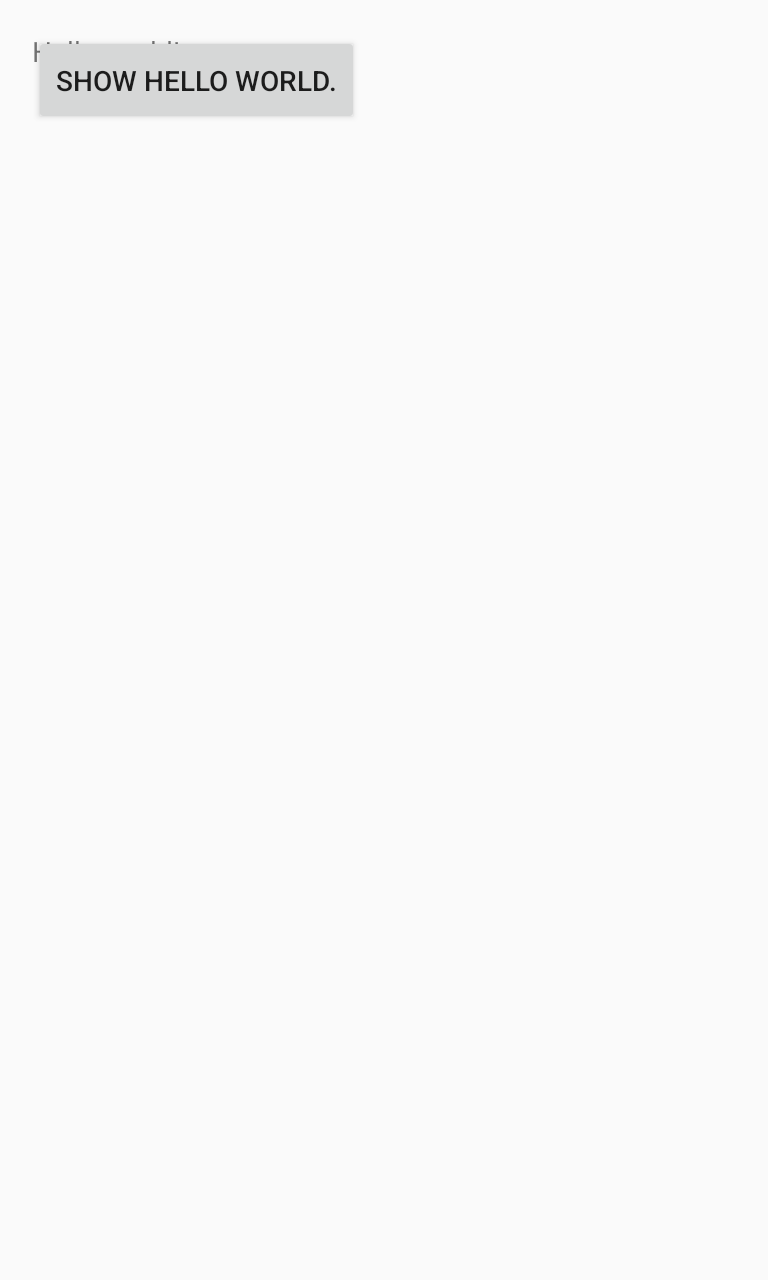
Repository: JoanneCaroll/EventHandling
Layout: EventHandling/res/layout/activity_main.xml
An editor plug-in stored every save of this project. The layout is shown before and after the next save, followed by the edit.
It is drawn on a 768 x 1280 px phone screen (xhdpi) without system bars, with theme AppTheme; the app's code is not run.

Above is the layout before, as saved 2014-10-28 06:11:04.

After the next save:
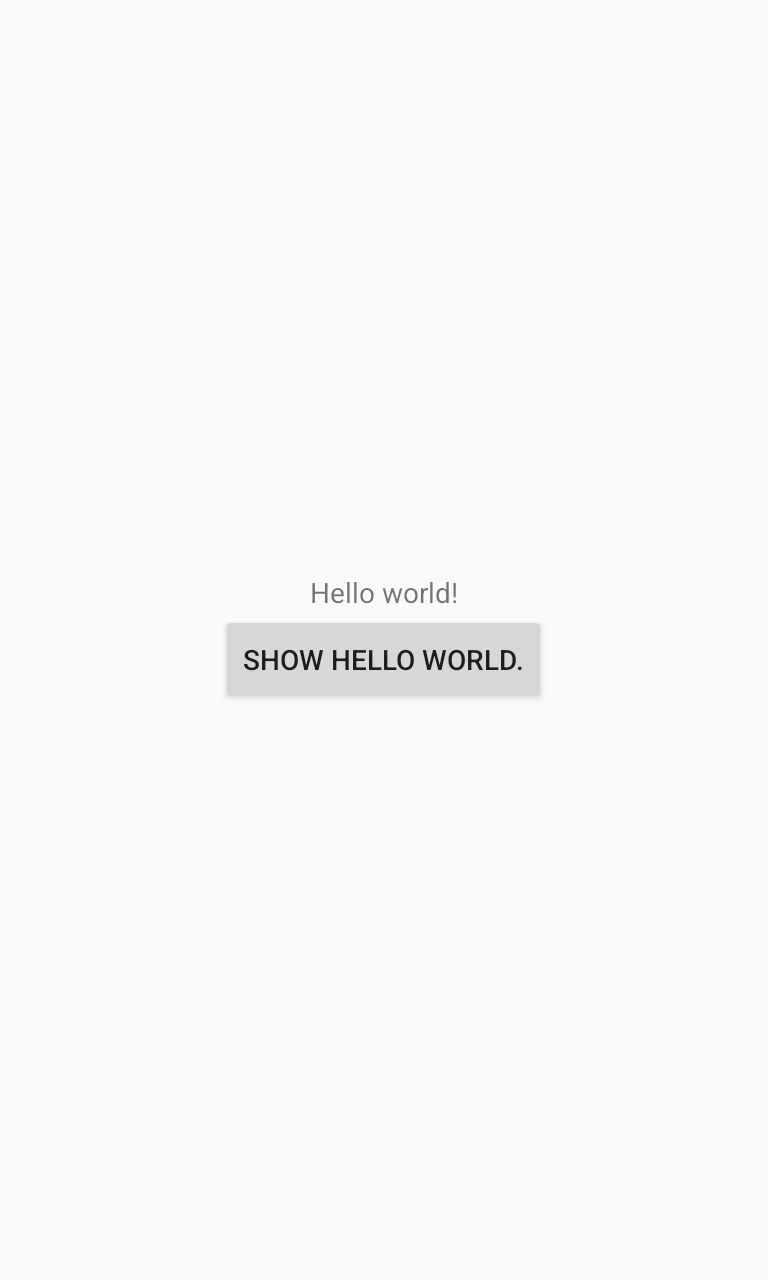
Saved 101 s later.
--- a/EventHandling/res/layout/activity_main.xml
+++ b/EventHandling/res/layout/activity_main.xml
@@ -1,22 +1,20 @@
-<RelativeLayout xmlns:android="http://schemas.android.com/apk/res/android"
+<LinearLayout xmlns:android="http://schemas.android.com/apk/res/android"
     xmlns:tools="http://schemas.android.com/tools"
     android:layout_width="match_parent"
     android:layout_height="match_parent"
-    android:paddingBottom="@dimen/activity_vertical_margin"
-    android:paddingLeft="@dimen/activity_horizontal_margin"
-    android:paddingRight="@dimen/activity_horizontal_margin"
-    android:paddingTop="@dimen/activity_vertical_margin"
-    tools:context="com.example.eventhandling.MainActivity" >
+    android:orientation="vertical"
+    android:gravity="center">
 
     <TextView
         android:id="@+id/hello_world"
         android:layout_width="wrap_content"
         android:layout_height="wrap_content"
-        android:text="@string/hello_world" />
+        android:text="@string/hello_world"
+        android:visibility="false"/>
     <Button
         android:id="@+id/showButton"
         android:layout_width="wrap_content"
         android:layout_height="wrap_content"
         android:text="@string/show"/>
 
-</RelativeLayout>
+</LinearLayout>
